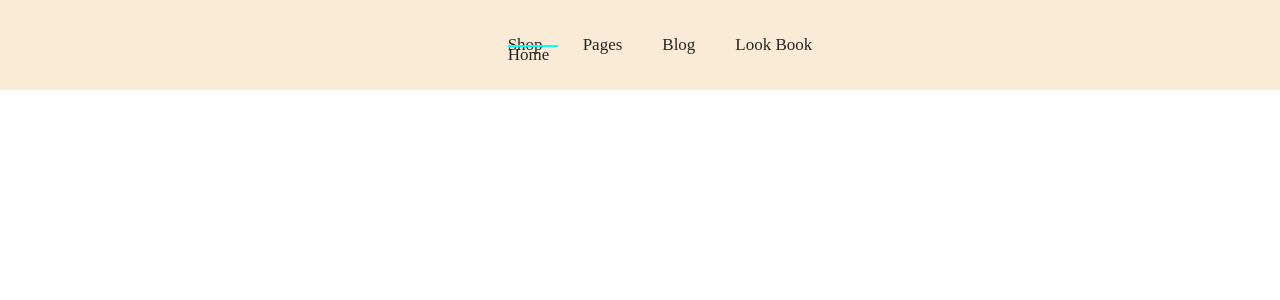
Repository: MorgunovaAlexandra/beauti
Page: index.html
These files come from the project's save history. The page is drawn as it stood at one moment and after a run of saves; the edit follows.
The browser window is 1280 px wide. The pictures show the whole page.
The pointer rests on the first visible `.menu-list li a`.

Above is the page before, as saved 2022-08-24 12:12:31.

After the next 4 saves:
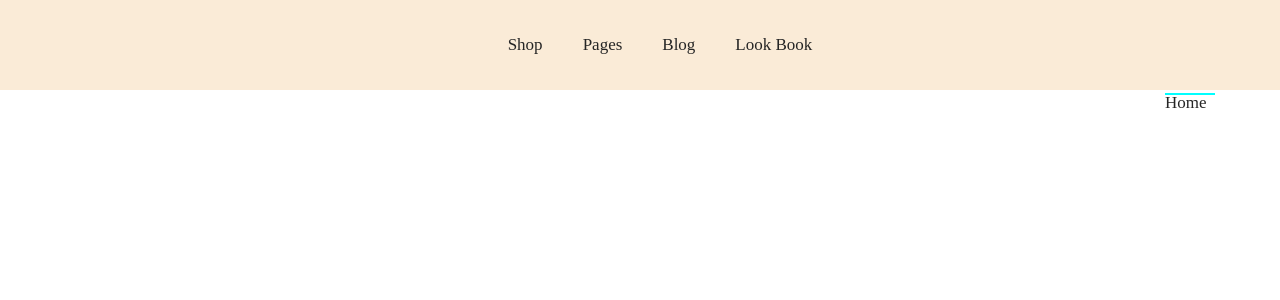
The 4 saves are shown as one change because they came seconds apart.
The last was saved 11 s later.
--- a/style.css
+++ b/style.css
@@ -58,7 +58,8 @@ html,body{
    height: 2px;
    width: 50px;
    background-color: aqua;
-   bor
+   bottom: -5px;
+   right: 0%;
 }
 @keyframes slidein {
     from {
